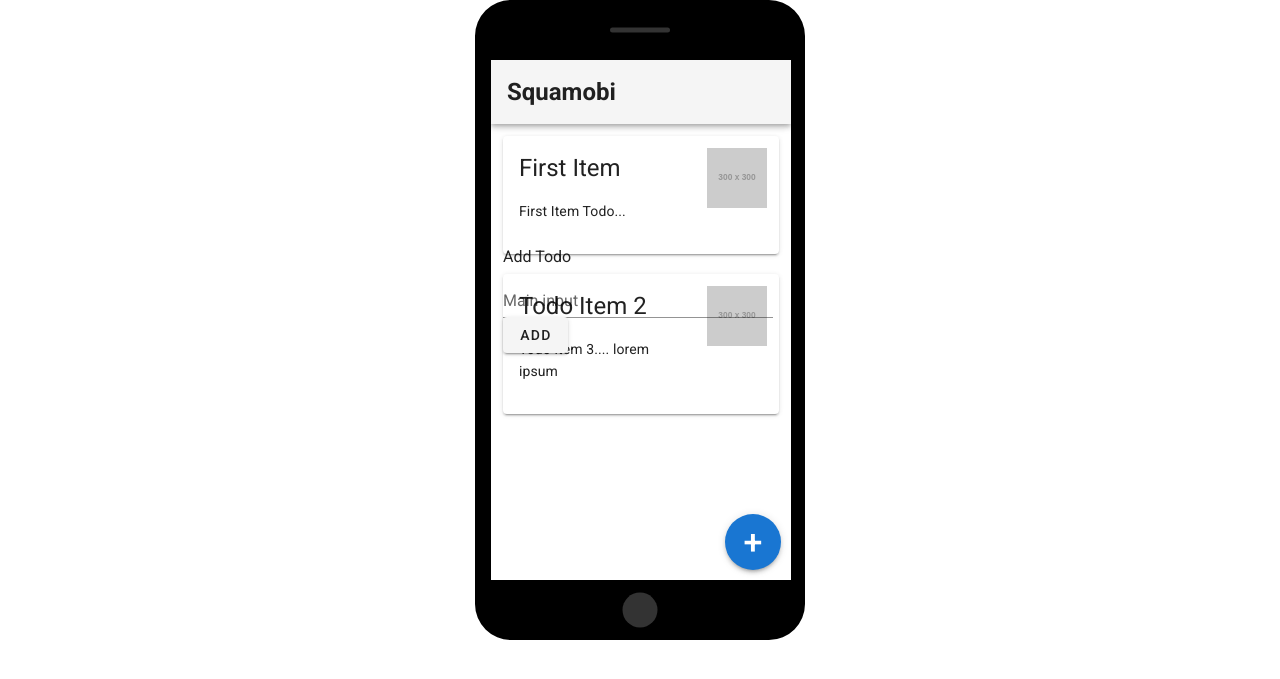
Repository: Keepnox/squamobi-interview
Page: /
These files come from the project's save history. The page is drawn as it stood at one moment and after the next save; the edit follows.
The browser window is 1280 px wide. The pictures show the whole page.
The project was rebuilt for these pictures with package versions that can differ from the ones it lists, and the page was loaded fresh each time. Also part of the build but not shown: vue.config.js. Imported but missing from the stored project, and not drawn on this page: src/views/About.vue.

Above is the page before, as saved 2022-01-15 23:43:43.

After the next save:
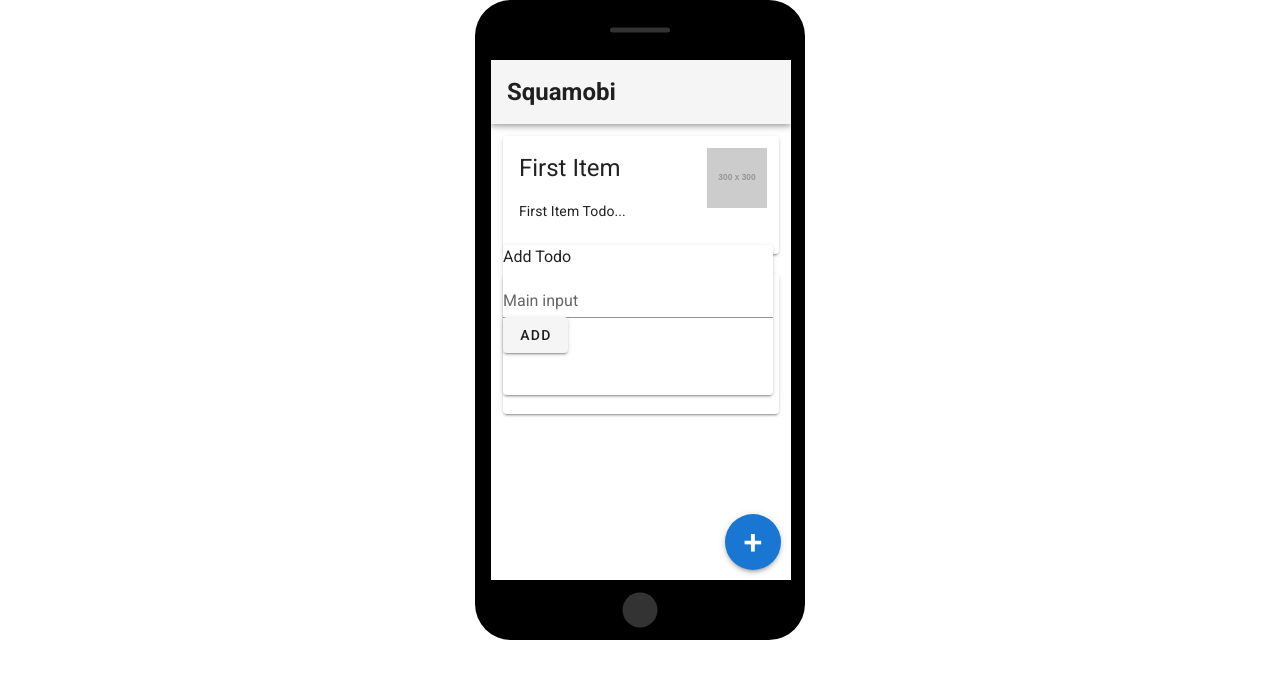
Saved 4 s later.
--- a/src/views/Home.vue
+++ b/src/views/Home.vue
@@ -15,7 +15,7 @@
           fab
           v-on:click="dialog = !dialog"
         ><span style="font-size:34px;">+</span></v-btn>
-        <card class="popup" v-if="dialog">
+        <v-card class="popup" v-if="dialog">
           <div>Add Todo</div>
           <v-text-field
             label="Main input"
@@ -24,7 +24,7 @@
           <v-btn>
             Add
           </v-btn>
-        </card>
+        </v-card>
   </div>
 </template>
 
